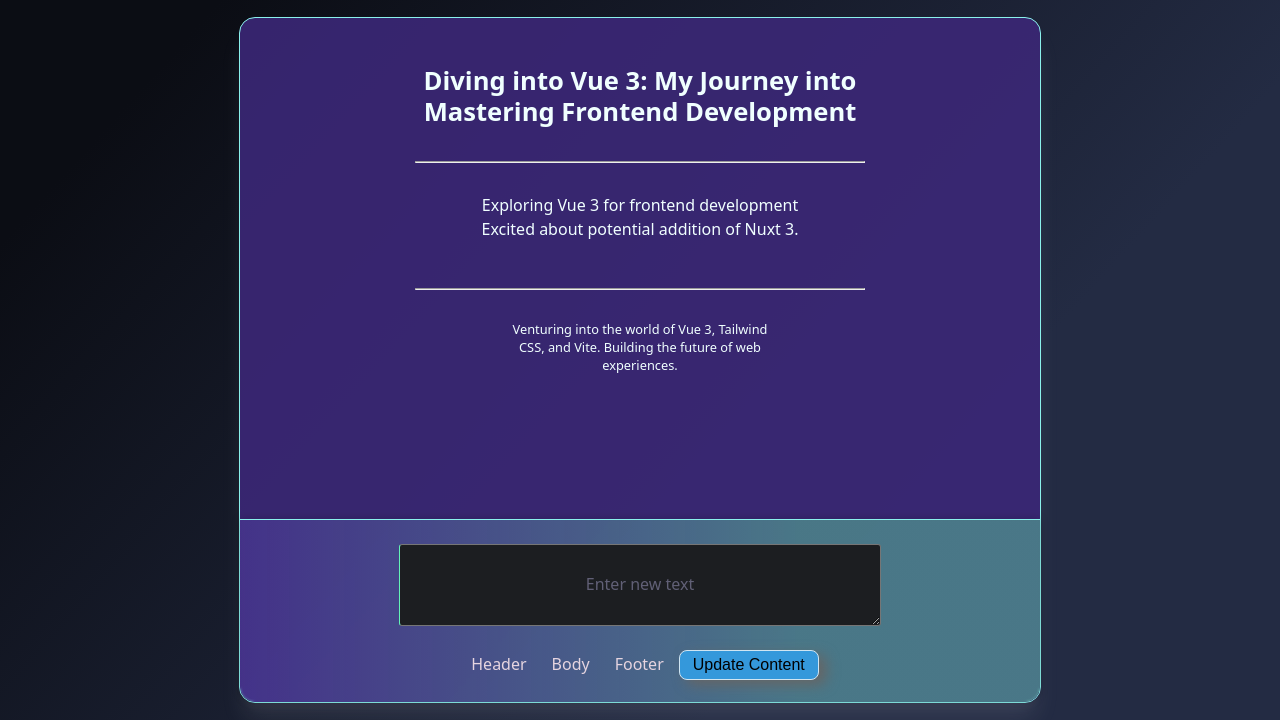
Repository: Freezler/AnnounceCraft
Page: index.html
These files come from the project's save history. The page is drawn as it stood at one moment and after a run of saves; the edit follows.
The browser window is 1280 px wide. The pictures show the whole page.

Above is the page before, as saved 2024-01-22 15:18:17.

### index.html
<!DOCTYPE html>
<html lang="en">

<head>
	<meta charset="UTF-8" />
	<meta name="viewport" content="width=device-width, initial-scale=1.0" />
	<title>Shopping List App</title>
	<link rel="stylesheet" href="style.css" />
</head>

<body>
	<section id="shopping-list">

		<div class="choice-box" >
			<textarea v-model="selectedText" type="text" minlength="10" maxlength="40" required
				placeholder="Enter new text"></textarea>
			<div class="radio-container">
				<input class="btn" type="radio" id="header" value="Header" v-model="selectedType"
					@change="updateTempContent">
				<label for="header">Header</label>
				<input class="btn" type="radio" id="body" value="Body" v-model="selectedType"
					@change="updateTempContent">
				<label for="body">Body</label>
				<input class="btn" type="radio" id="footer" value="Footer" v-model="selectedType"
					@change="updateTempContent">
				<label for="footer">Footer</label>
				<button @click="updateText" class="btn">Update Content</button>
			</div>
		</div>
		<div class="content">
			<h1 @click="updateSelectedType('Header'); updateSelectedText(header)">{{ header }}</h1>
			<hr>
			<p @click="updateSelectedType('Body'); updateSelectedText(body)">{{ body }}</p>
			<hr>
			<h4 @click="updateSelectedType('Footer'); updateSelectedText(footer)">{{ footer }}</h4>
		</div>
	</section>
	<script src="https://unpkg.com/vue@3"></script>
	<script src="app.js"></script>
</body>

</html>

### style.css
body {
    margin: 0;
    padding: 0;
    font-family: system-ui, -apple-system, BlinkMacSystemFont, 'Segoe UI', Roboto, Oxygen, Ubuntu, Cantarell, 'Open Sans', 'Helvetica Neue', sans-serif;
    background: linear-gradient(132.1deg, rgb(11, 13, 20) 11.4%, rgb(35, 43, 67) 70.2%);
    color: azure;
    text-align: center;
    height: 100vh;
    display: flex;
    flex-direction: column;
    justify-content: space-evenly;
    align-items: center;

}

section {
    height: 95%;
    border: 0.6px solid #8af1ec;
    border-radius: 16px;
    padding: 0 16px;
    max-width: 60vw;
    background-color: hsla(255, 51%, 31%, 0.9);
    text-align: center;
    position: absolute;
    box-shadow: rgba(223, 225, 240, 0.1) 0px 20px 25px -5px, rgba(228, 225, 225, 0.05) 0px 10px 10px -5px;
}

h1 {
    font-size: clamp(0.9rem, 2vw, 1.7rem);
    line-height: 1.2;
    padding-bottom: 1.2rem;
    width: 32ch;
    margin: 16px auto -16px;
    word-wrap: pretty;
}

h1:hover {

    transform: scale(1.05);
    color: hsla(219, 87%, 27%, 0.9);
    transition: all 5s cubic-bezier(0.215, 0.610, 0.355, 1);
    text-align: center;
    margin:0 auto;
    padding:0;
}

h4 {
    font-size: clamp(0.3rem, 2vw, 0.8rem);
    font-weight: 100;
    width: 35ch;
    vertical-align: middle;
    margin: 0 auto;
    padding-bottom: 24px;
    text-align: center;
    word-wrap: balanced;
}

p {
    font-size: clamp(0.6rem, 2vw, 1rem);
    line-height: 1.6;
    width: 45ch;
    line-height: 1.5;
    margin: 0 auto;
    padding: 0px 0px 1rem;
    text-wrap: balance;
    text-align: center;
}

hr {

    width: 35vw;
    align-self: center;

}

label {
    display: block;
    color: #e6d5e0;
}

.radio-container input[type="radio"] {
    display: none;

}

.radio-container input[type="radio"]:hover {
    background: #b984e8;

}

.radio-container input[type="radio"]+label {
    display: inline-block;
    padding: 5px 10px;

    border-radius: 8px;
    margin-right: 5px;
    cursor: pointer;
}

.radio-container input[type="radio"]:checked+label {
    background-color: #e0e0e0;
    color: rgb(40, 4, 4);
}

.content {
    display: flex;
    flex-direction: column;
    gap: clamp(1.4rem, 1vw, 2rem);
    width: 60vw;
    ;
    padding: 2rem 0;
}

.choice-box {
    position: absolute;

    background-position: center;
    background-image: url('https://images.unsplash.com/photo-1515325915697-9279b4f7effc?q=80&w=2532&auto=format&fit=crop&ixlib=rb-4.0.3&ixid=M3wxMjA3fDB8MHxwaG90by1wYWdlfHx8fGVufDB8fHx8fA%3D%3D');
    background: linear-gradient(90deg, hsla(249, 83%, 67%, 0.2), hsla(249, 83%, 67%, 0.2)0 0%, hsla(149, 83%, 67%, 0.4)70%);
    display: flex;
    flex-direction: column;
    gap: 8px;
    justify-content: space-between;
    break-before: always;
    margin: 0rem auto;
    bottom: 0;
    left:0;
    border-top: 0.6px solid #8af1ec;
    border-bottom-left-radius: 16px;
    border-bottom-right-radius: 16px;
    padding-top: 24px;
    padding-bottom: 16px;


    backdrop-filter: blur(1px);

    box-shadow: 0 0 10px rgba(0, 0, 0, 0.2);
    width: calc(60vw + 32px);

    textarea {
        width: 60%;
        color: rgb(233, 232, 243);
        background-color: #1c1e21;
        border-left: 1px solid #64f3b7;
        border-radius: 3px;
        font-size: 16px;
        font-family: system-ui, -apple-system, BlinkMacSystemFont, 'Segoe UI', Roboto, Oxygen, Ubuntu, Cantarell, 'Open Sans', 'Helvetica Neue', sans-serif;
        margin: 0 auto;
       padding: 16px 0px;
       padding-top: 1.2rem;
       text-align: center;
            justify-content: baseline;
        overflow: hidden;
        outline: none;
        vertical-align: middle;

        &::placeholder {
            color: rgb(97, 96, 118);
            text-align: center;
            justify-content: baseline;
            padding-top: 0.5rem;
        }

        &:focus {
            border-color: #f0f3f6;
            box-shadow: 0 0 0 0.1rem rgba(255, 0, 76, 0.65);
            text-align: center;

        }

        &::valid {
            background-color: #28924b;
        }
    }
}

.btn {
    -webkit-border-radius: 4;
    -moz-border-radius: 4;
    border-radius: 8px;
    -webkit-box-shadow: 7px 5px 13px #666666;
    -moz-box-shadow: 7px 5px 13px #666666;
    box-shadow: 7px 5px 13px #666666;
    color: #000000;
    font-size: 16px;
    background: #3498db;
    padding: 5px 10px;
    border: solid #d0e5f2 1px;
    text-decoration: none;
    width: 140px;
    margin: 1rem auto .4rem;
}

.btn:hover {
    background: #b984e8;
    text-decoration: none;
}

### app.js
const shoppingList = Vue.createApp({
    /**
     * Returns an object with header, body, footer, selectedText, selectedType, and tempContent properties.
     *
     * @return {Object} The object containing header, body, footer, selectedText, selectedType, and tempContent properties.
     */
    data() {
        return {
            header: "Diving into Vue 3: My Journey into Mastering Frontend Development",
            body: "Exploring Vue 3 for frontend development Excited about potential addition of Nuxt 3.",
            footer: "Venturing into the world of Vue 3, Tailwind CSS, and Vite. Building the future of web experiences.",
            selectedText: "",
            selectedType: "",
            tempContent: { type: "", text: "" }
        };
    },
    methods: {
        /**
         * Updates the temporary content based on the selected type and text.
         */
        updateTempContent() {
            if (this.selectedText === "") {
                this.selectedType = "";
                alert("Please enter text first");
            } else {
                if (this.selectedType !== undefined) {
                    this.tempContent.type = this.selectedType;
                }
                if (this.selectedText !== undefined) {
                    this.tempContent.text = this.selectedText;
                }
            }
        },

        /**
         * Updates the header, body, and footer based on the type and text from this.tempContent.
         */
        updateText() {
            const { type, text } = this.tempContent;
            if (type === "Header") {
                this.header = text;
            }
            if (type === "Body") {
                this.body = text;
            }
            if (type === "Footer") {
                this.footer = text;
            }
            this.selectedType = "";
            this.selectedText = "";
        }
    }
}).mount("#shopping-list");

After the next 2 saves:
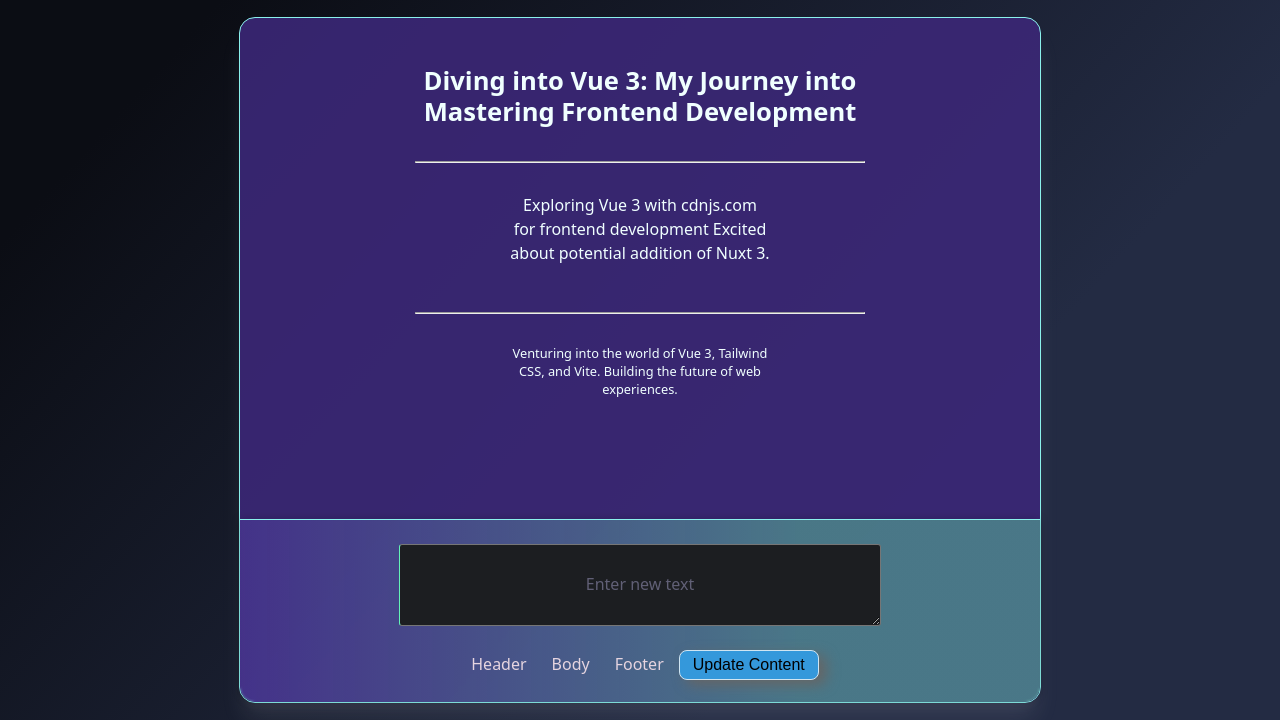
The 2 saves are shown as one change because they came seconds apart.
The last was saved 6 s later.
--- a/app.js
+++ b/app.js
@@ -7,7 +7,7 @@
     data() {
         return {
             header: "Diving into Vue 3: My Journey into Mastering Frontend Development",
-            body: "Exploring Vue 3 for frontend development Excited about potential addition of Nuxt 3.",
+            body: "Exploring Vue 3 with cdnjs.com for frontend development Excited about potential addition of Nuxt 3.",
             footer: "Venturing into the world of Vue 3, Tailwind CSS, and Vite. Building the future of web experiences.",
             selectedText: "",
             selectedType: "",
